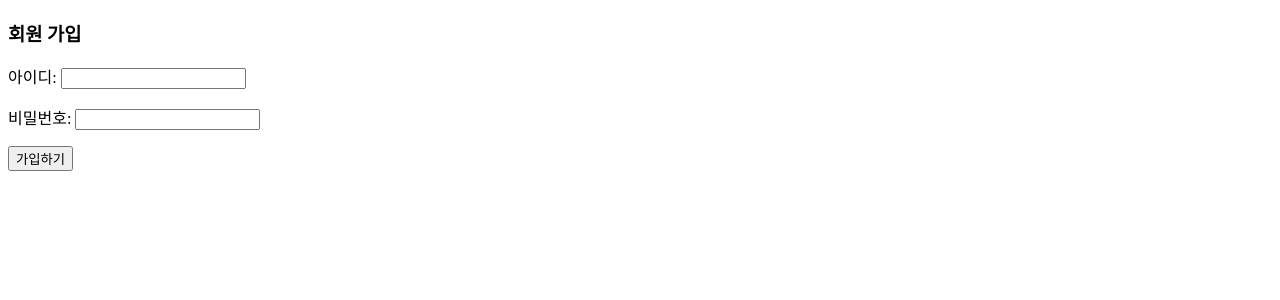
Repository: kiyongee2/kh-jsp
Page: http://localhost/jwbook/validation/regex3.jsp
An editor plug-in stored every save of this project. The page is shown before and after the next save, followed by the edit.
The browser window is 1280 px wide. The pictures show the whole page.
The page is served by Tomcat 9.

Above is the page before, as saved 2023-11-23 22:30:07.

After the next save:
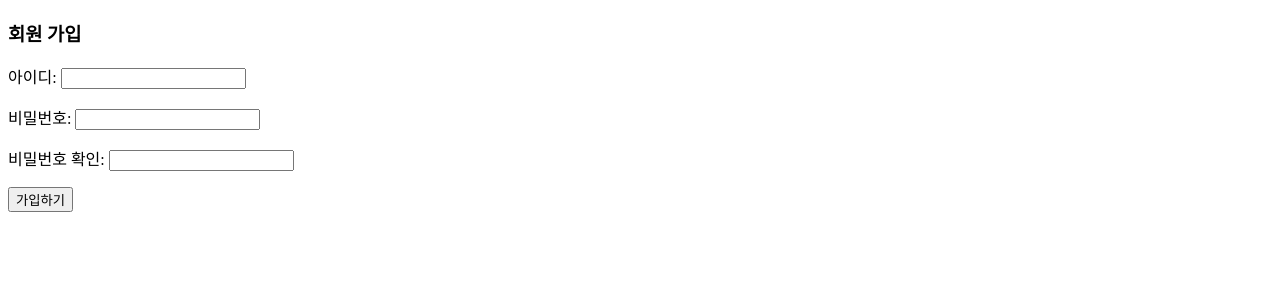
Saved 81 s later.
--- a/jwbook/src/main/webapp/validation/regex3.jsp
+++ b/jwbook/src/main/webapp/validation/regex3.jsp
@@ -14,8 +14,6 @@
 		let id = form.memberId.value;
 		let pw1 = form.passwd1.value;
 		let pw2 = form.passwd2.value;
-		let name = form.name.value;
-		let btnChk = form.btnChk.value;
 
 		//정규 표현식
 		let pw_pat1 = /[0-9]+/   //숫자만
@@ -46,7 +44,8 @@
 	<h3>회원 가입</h3>
 	<form action="" method="post" name="member">
 		<p>아이디: <input type="text" name="id">
-		<p>비밀번호: <input type="password" name="passwd">
+		<p>비밀번호: <input type="password" name="passwd1">
+		<p>비밀번호 확인: <input type="password" name="passwd2">
 		<p><button type="button" onclick="checkMember()">가입하기</button>
 	</form>
 </body>
